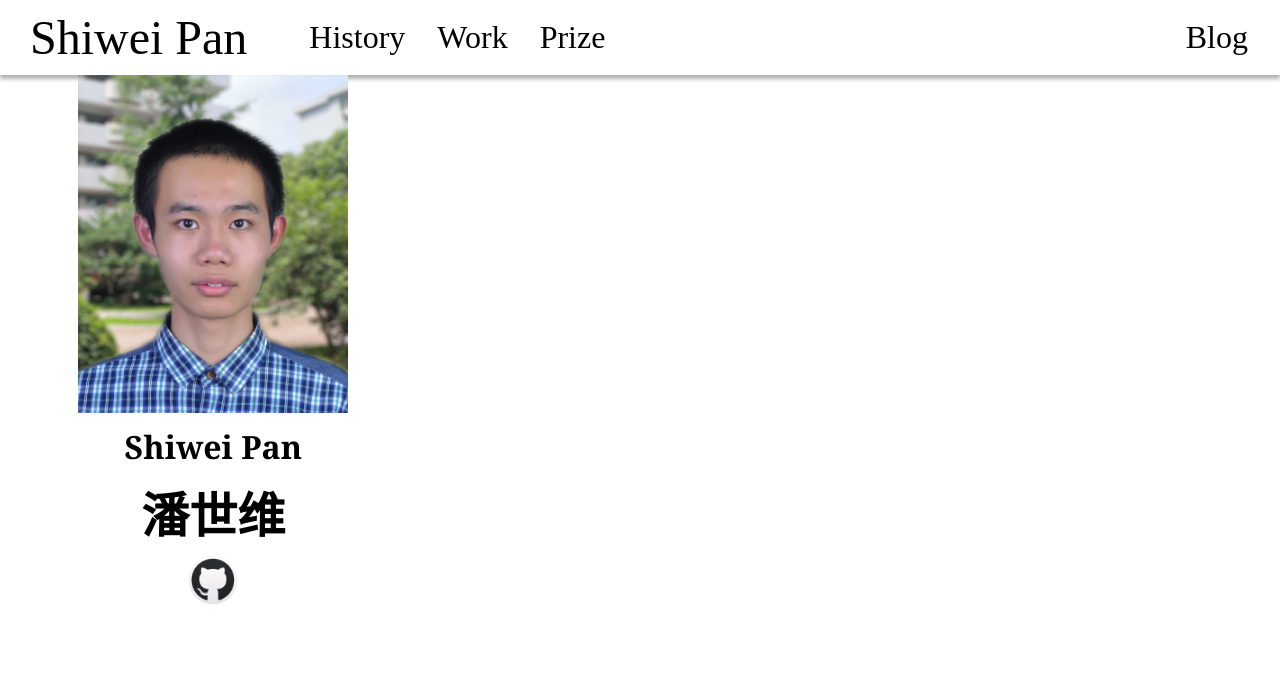
Repository: erikpsw/web
Page: new/psw.html
An editor plug-in stored every save of this project. The page is shown before and after the next save, followed by the edit.
The browser window is 1280 px wide. The pictures show the whole page.

Above is the page before, as saved 2022-06-16 22:30:47.

### new/psw.html
<!DOCTYPE html>
<html>
<head>
<meta charset="utf-8">
<title>Shiwei Pan</title>
<link rel="stylesheet" type="text/css" href="styles.css">
</head>
<body class="body">
<nav id="start_box">
    <a class="nav" id="title" href="">Shiwei Pan</a>
    <a class="nav" href="" >History</a>
    <a class="nav" href="">Work</a>
    <a class="nav" href="">Prize</a>
    <a class="nav" id="myblog" target="_blank" href="https://erikpsw.github.io/">Blog</a>
</nav>
<section>
    <div id="profile">
        <img src="\pic\mine.png" id="mine">
        <h2 id="intro">Shiwei Pan</h2>
        <h2 id="name">潘世维</h2>
    <div>
        <img src="\pic\github.png" id="github">

    </div>

    </div>
</section>
</body>
</html>

### new/styles.css
#start_box
{
    background-color: whit;
    display:flex;
    box-shadow: 0 0.25rem 0.25rem 0 rgb(0 0 0 / 31%);
}

#title{
    text-decoration: none;
    font-family:"Times New Roman",Georgia,Serif;
    font-style:inherit;
    padding:10px 30px 10px;
    color:black;
    font-size: 3em;
}

.nav{
    text-decoration: none;
    font-family:"Times New Roman",Georgia,Serif;
    padding-left:1em;
    color:black;
    display: inline-flex;
    align-items: center;
    font-size: 2em;
}

.body{
    margin: 0%;
}

#myblog{
    margin-left: auto;
    padding-right: 1em;
}

#mine{
    width: 270px;
    height: 337.5px;
}

#profile{
    text-align: center;
    max-width: 33.333%;
}

#intro{
    font-family: Georgia,Serif;
    font-size: 2em;
    margin: 2%;
}

#name{
    font-family: STZhongsong;
    font-size: 3em;
    margin: 2%;
}

#github{
    height: 50px;
}

After the next save:
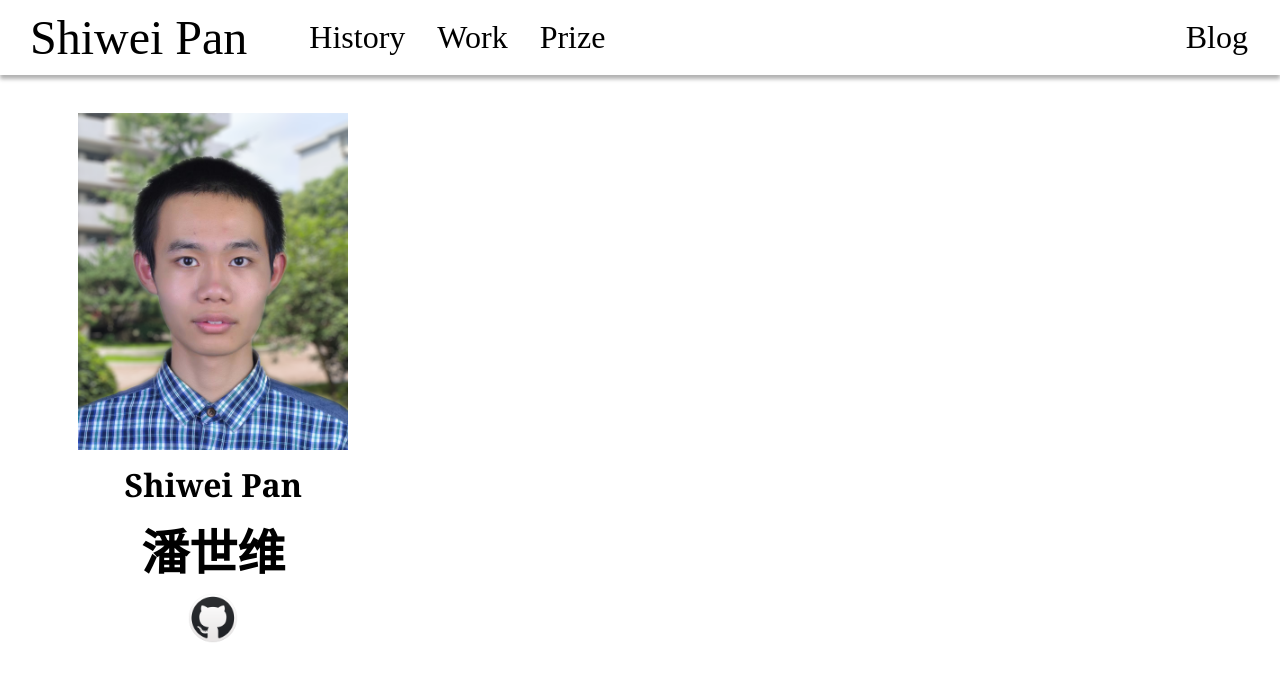
Saved 27 s later.
--- a/new/styles.css
+++ b/new/styles.css
@@ -36,6 +36,7 @@
 #mine{
     width: 270px;
     height: 337.5px;
+    margin-top: 1cm;
 }
 
 #profile{
